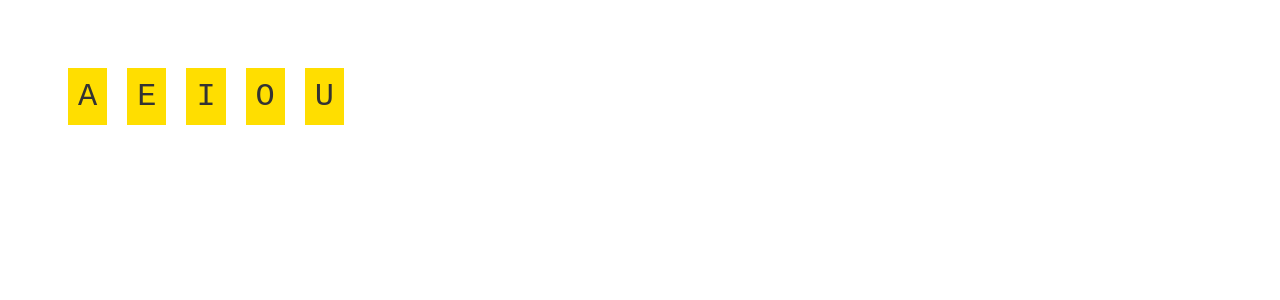
Repository: BlakeRedwolf/react_UI
Page: nuke.html
The author's editor kept a copy of each file at every save. The page is drawn from the files as they stood at one save, then again after the next save.
The browser window is 1280 px wide. The pictures show the whole page.
Some web libraries are served in a nearby version.

Above is the page before, as saved 2021-06-19 01:21:16.

### nuke.html
<!DOCTYPE html>
<html>

<head>
  <meta charset="utf-8">
  <title>Styling in React</title>
  <script src="https://unpkg.com/react@16/umd/react.development.js"></script>
  <script src="https://unpkg.com/react-dom@16/umd/react-dom.development.js"></script>
  <script src="https://unpkg.com/babel-standalone@6.15.0/babel.min.js"></script>

  <style>
    #container {
        padding: 50px;
        background-color: #FFF;
    }

    div div div {
        padding: 10px;
        margin: 10px;
        background-color: #FFDE00;
        color: #333;
        display: inline-block;
        font-family: monospace;
        font-size: 32px;
        text-align: center;
    }
  </style>
</head>

<body>
  <div id="container"></div>
  <script type="text/babel">
    var destination = document.querySelector("#container");

    class Letter extends React.Component {
      render() {
        return(
          <div>
            {this.props.children}
          </div>
        );
      }
    }

    ReactDOM.render(
      <div>
        <Letter>A</Letter>
        <Letter>E</Letter>
        <Letter>I</Letter>
        <Letter>O</Letter>
        <Letter>U</Letter>
      </div>,
      destination
    );
  </script>
</body>

</html>

After the next save:
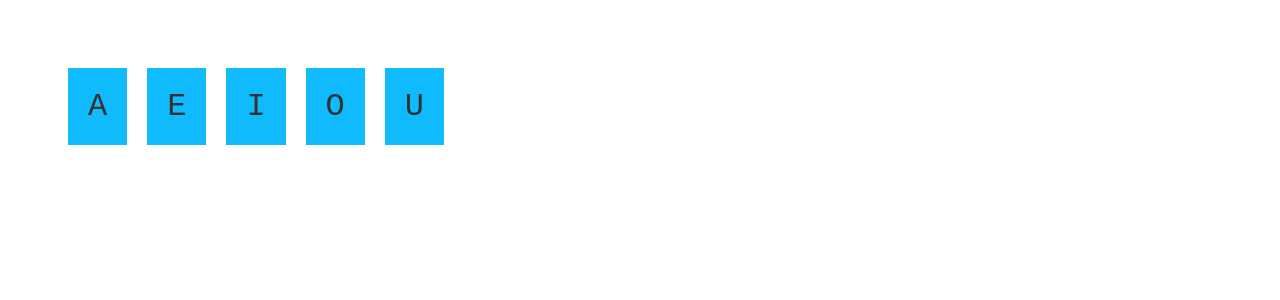
Saved 35 s later.
--- a/nuke.html
+++ b/nuke.html
@@ -15,9 +15,9 @@
     }
 
     div div div {
-        padding: 10px;
+        padding: 20px;
         margin: 10px;
-        background-color: #FFDE00;
+        background-color: #0fbafd;
         color: #333;
         display: inline-block;
         font-family: monospace;
